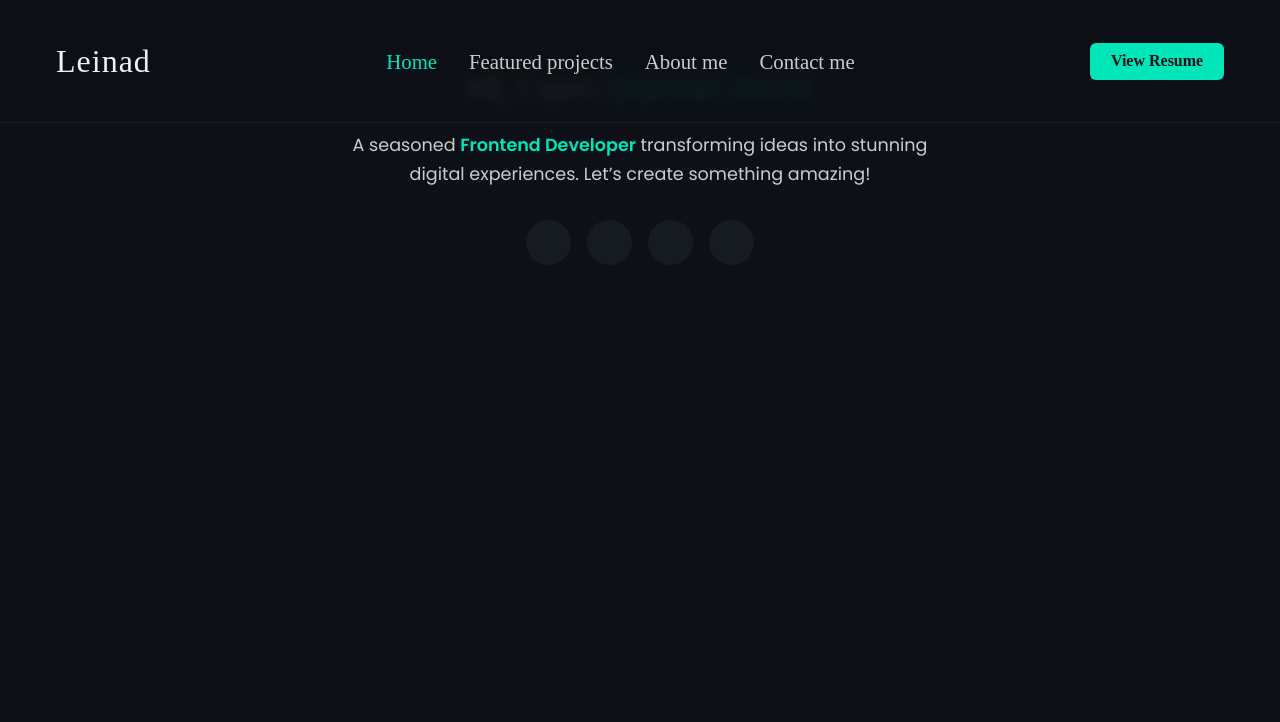
Repository: Austinokezie/Myportfolio
Page: index.html
These files come from the project's save history. The page is drawn as it stood at one moment and after the next save; the edit follows.
The browser window is 1280 px wide. The pictures show the whole page.
Some web fonts or font styles are not loaded; a fallback is used.

Above is the page before, as saved 2025-10-14 13:18:45.

After the next save:
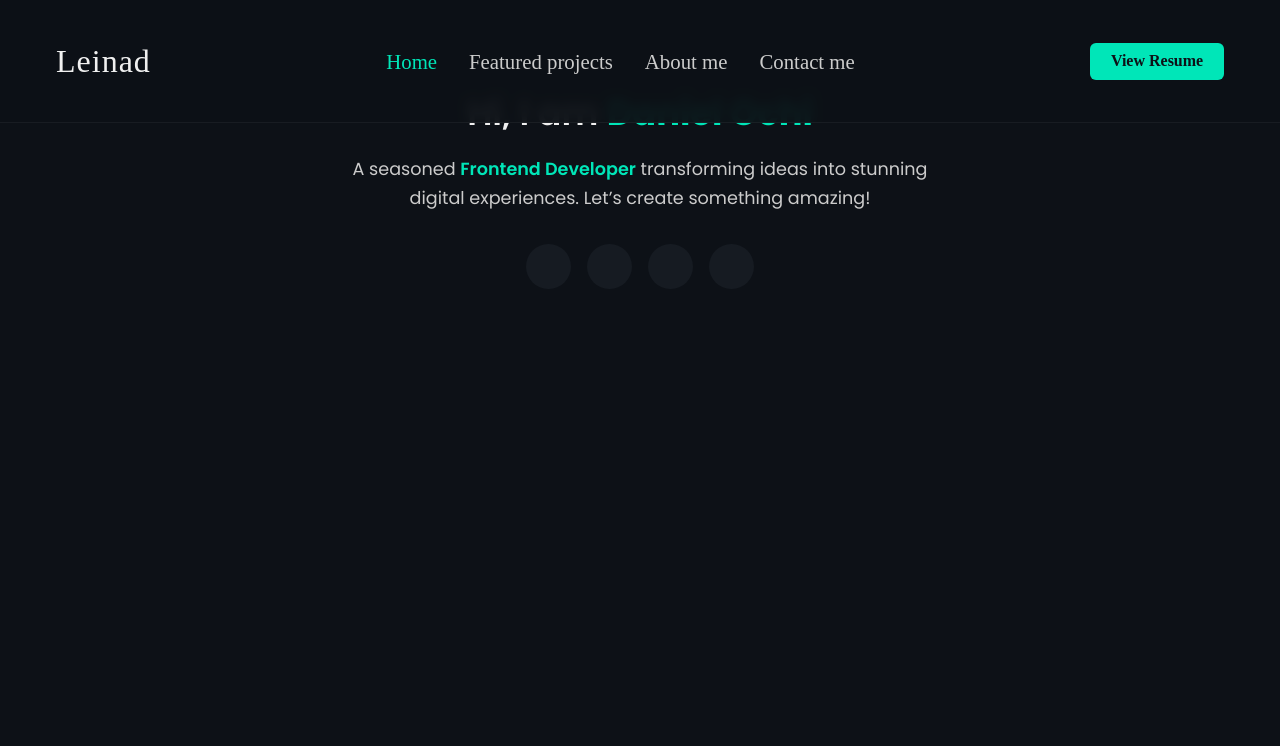
Saved 14 s later.
--- a/style.css
+++ b/style.css
@@ -114,7 +114,7 @@ header {
 .intro {
   text-align: center;
   padding: 2rem;
-  margin-top: 2rem;
+  margin-top: 5rem;
 }
 
 .intro h1 {
